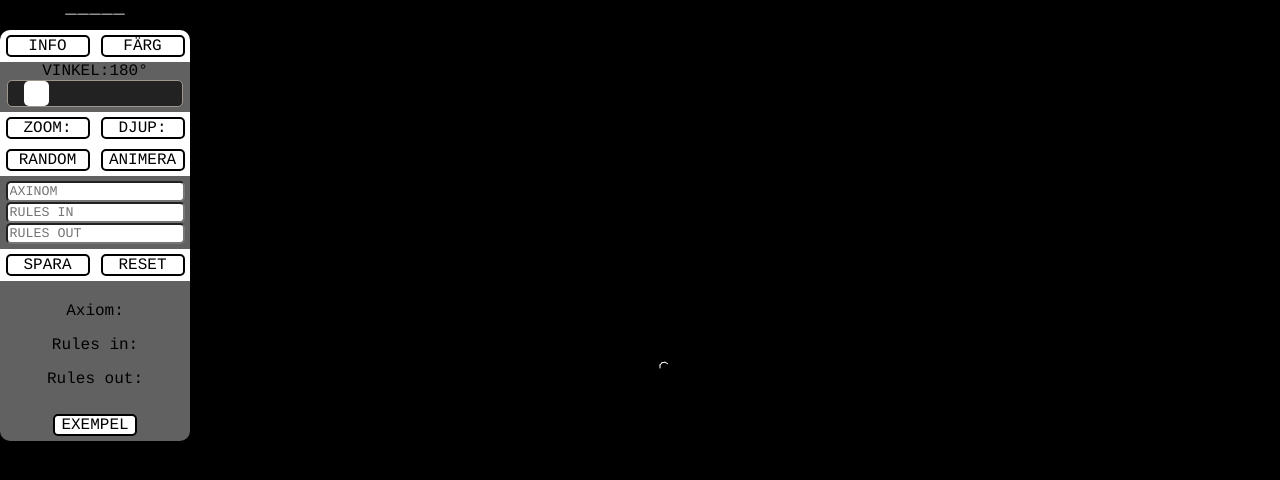
Repository: Gabrielw123/Fraktalgenerator
Page: fraktaler/test/index.html
The author's editor kept a copy of each file at every save. The page is drawn from the files as they stood at one save, then again after the next save.
The browser window is 1280 px wide. The pictures show the whole page.
Some web libraries are served in a nearby version.

Above is the page before, as saved 2022-01-13 13:39:44.

After the next save:
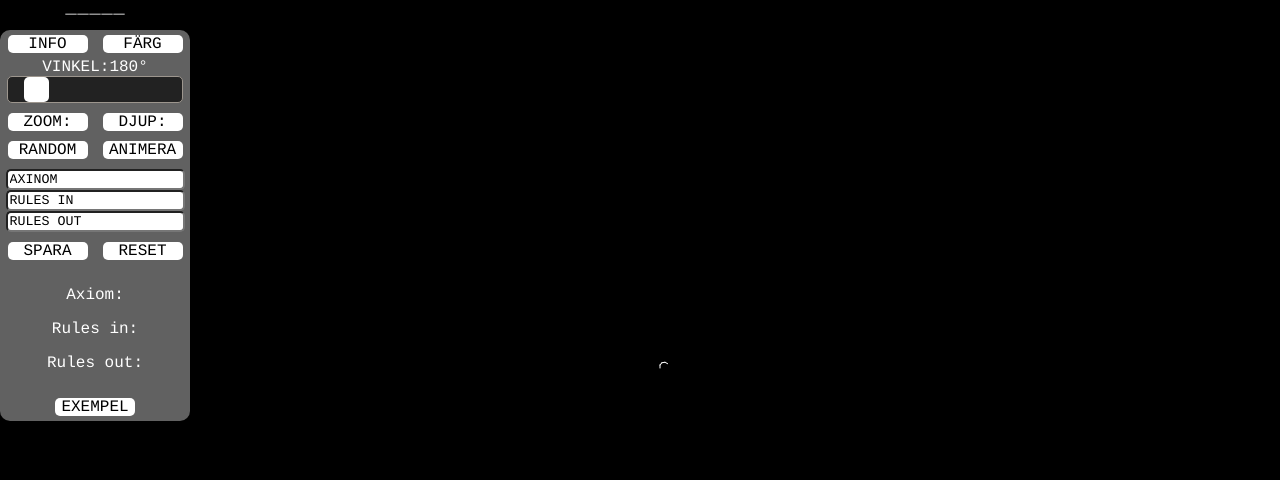
Saved 23 s later.
--- a/fraktaler/test/style.css
+++ b/fraktaler/test/style.css
@@ -1,8 +1,18 @@
 body {
   font-family: "courier", monospace;
   background-color: black;
+  color: white;
+  text-align: center;
+}
+
+::placeholder {
   color: black;
-  text-align: center;
+  opacity: 1; /* Firefox */
+}
+
+::placeholder.hover {
+  color: white;
+  opacity: 1; /* Firefox */
 }
 
 .input {
@@ -26,7 +36,7 @@ body {
   right: 100%;
 }
 .grid-container {
-  background: rgb(255, 255, 255);
+  background: rgba(97, 97, 97, 1);
   display: grid;
   grid-template-columns: auto auto;
 }
@@ -103,13 +113,11 @@ a.knapp {
   width: 80px;
   cursor: pointer;
   border-radius: 5px;
-  border: 2px solid black;
 }
 a.knapp:hover {
   background: black;
   border-radius: 5px;
   color: white;
-  border: 2px solid white;
 }
 
 #canvas {
@@ -126,7 +134,6 @@ a.knappon {
   color: white;
   cursor: pointer;
   border-radius: 5px;
-  border: 1px solid black;
 }
 a.knappex {
   background: white;
@@ -139,7 +146,6 @@ a.knappex {
   display: table-cell;
   vertical-align: middle;
   border-radius: 5px;
-  border: 1px solid black;
 }
 a.knappex:hover {
   background: black;
